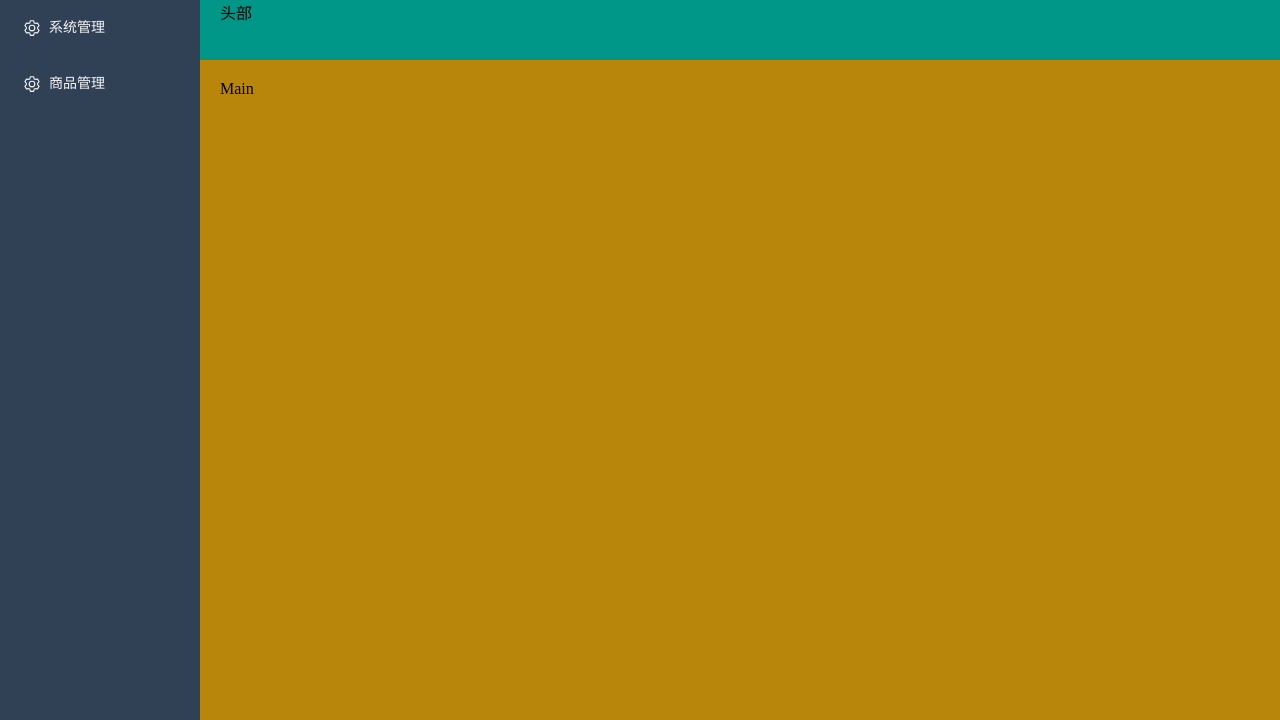
Repository: Langxecho/vite-project
Page: /home
An editor plug-in stored every save of this project. The page is shown before and after a run of saves, followed by the edit.
The browser window is 1280 px wide. The pictures show the whole page.
Pictures or frames that could not be fetched are drawn as grey boxes. The project was rebuilt for these pictures with package versions that can differ from the ones it lists, and the page was loaded fresh each time. Also part of the build but not shown: vite.config.ts.

Above is the page before, as saved 2024-11-08 14:35:53.

After the next 4 saves:
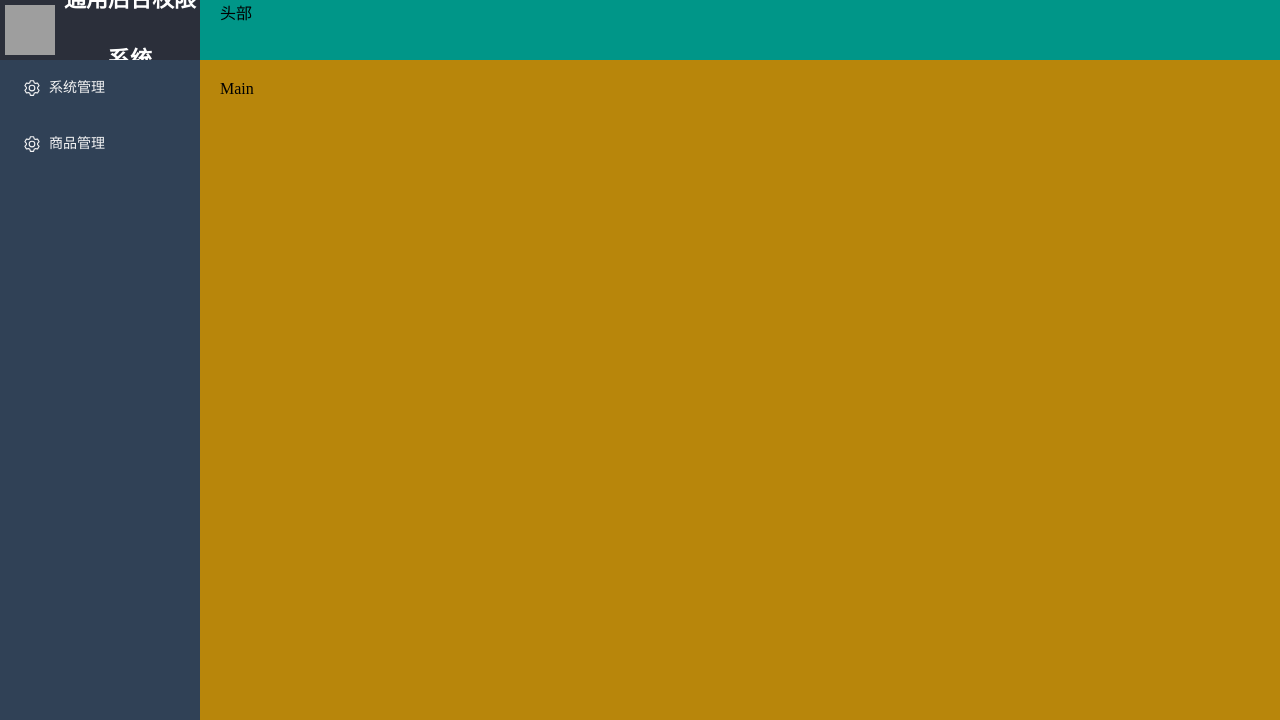
The 4 saves are shown as one change because they came seconds apart.
The last was saved 9 s later.
--- a/src/layout/menu/MenuBar.vue
+++ b/src/layout/menu/MenuBar.vue
@@ -13,7 +13,7 @@
 <script setup lang="ts">
 import { reactive } from 'vue'
 import MenuItem from '@/layout/menu/MenuItem.vue'
-
+import MenuLogo from './MenuLogo.vue'
 let menuList = reactive([
   {
     path: '/system',
